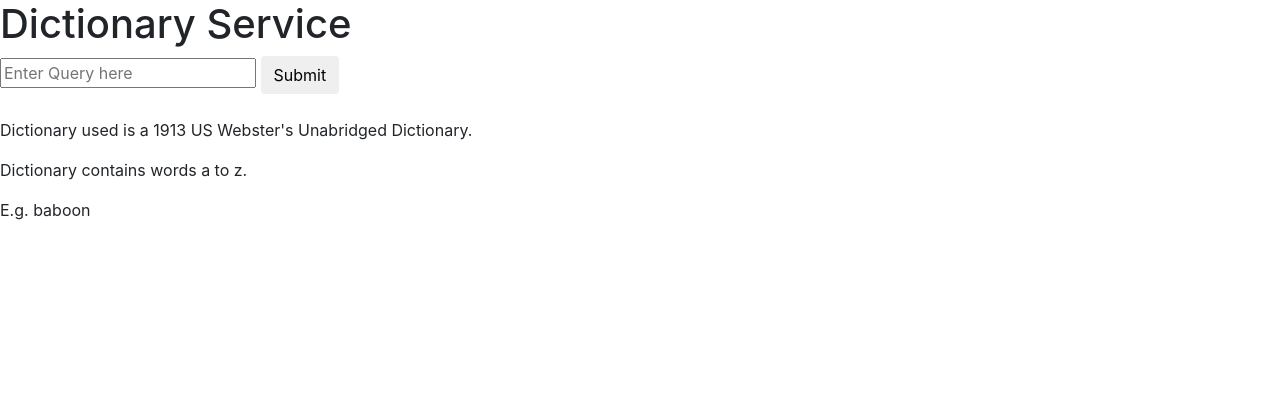
Repository: IanBurke1/AsyncRMI_DictionaryService
Page: http://localhost/AsyncRMI_DictionaryService/index.jsp
The author's editor kept a copy of each file at every save. The page is drawn from the files as they stood at one save, then again after the next save.
The browser window is 1280 px wide. The pictures show the whole page.
The page is served by Tomcat 9. Nobody is signed in. The application's start-up code is not run. Other server files are loaded and not shown.

Above is the page before, as saved 2017-12-22 21:48:17.

### AsyncRMI_DictionaryService/WebContent/index.jsp
<%@ page language="java" contentType="text/html; charset=ISO-8859-1"
    pageEncoding="ISO-8859-1"%>
<!DOCTYPE html PUBLIC "-//W3C//DTD HTML 4.01 Transitional//EN" "http://www.w3.org/TR/html4/loose.dtd">
<html>
<head>
<meta http-equiv="Content-Type" content="text/html; charset=ISO-8859-1">
<title>Dictionary LookUp</title>
<!-- Bootstrap CSS -->
<link rel="stylesheet" href="https://maxcdn.bootstrapcdn.com/bootstrap/4.0.0-beta.2/css/bootstrap.min.css" integrity="sha384-PsH8R72JQ3SOdhVi3uxftmaW6Vc51MKb0q5P2rRUpPvrszuE4W1povHYgTpBfshb" crossorigin="anonymous">
</head>
<body>
<h1>Dictionary Service</h1>
<form action="DictionaryServlet" method="post">

    <input name="query" placeholder="Enter Query here">
  <button type="submit" class="btn btn-default">Submit</button>
</form>
<br/>
<p>Dictionary used is a 1913 US Webster's Unabridged Dictionary. </p>
<p> Dictionary contains words a to z.</p>
<p>E.g. baboon </p>
</body>
</html>

After the next save:
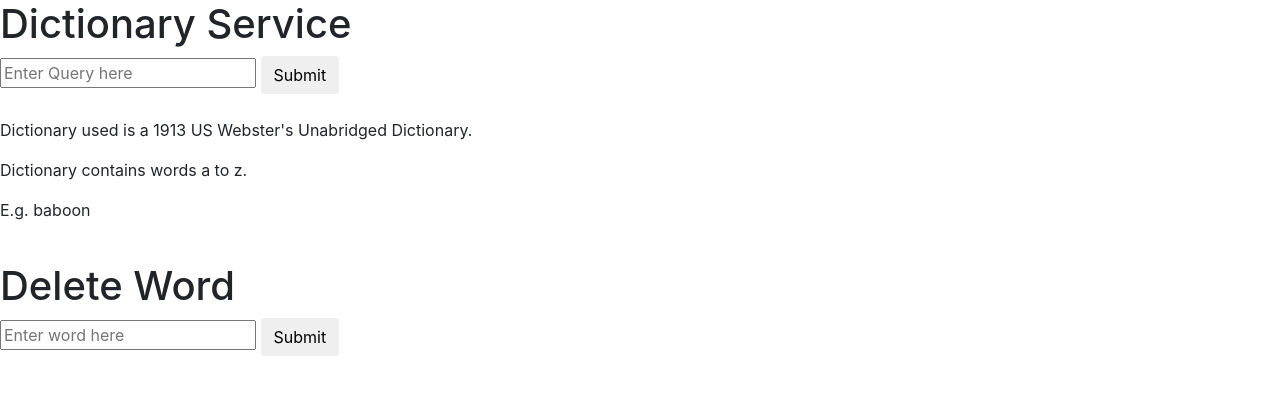
Saved 3 min 44 s later.
--- a/AsyncRMI_DictionaryService/WebContent/index.jsp
+++ b/AsyncRMI_DictionaryService/WebContent/index.jsp
@@ -19,5 +19,15 @@
 <p>Dictionary used is a 1913 US Webster's Unabridged Dictionary. </p>
 <p> Dictionary contains words a to z.</p>
 <p>E.g. baboon </p>
+
+<br/>
+
+<h1>Delete Word</h1>
+<form action="DictionaryServlet" method="post">
+
+    <input name="query" placeholder="Enter word here">
+  <button type="submit" class="btn btn-default">Submit</button>
+</form>
+
 </body>
 </html>
